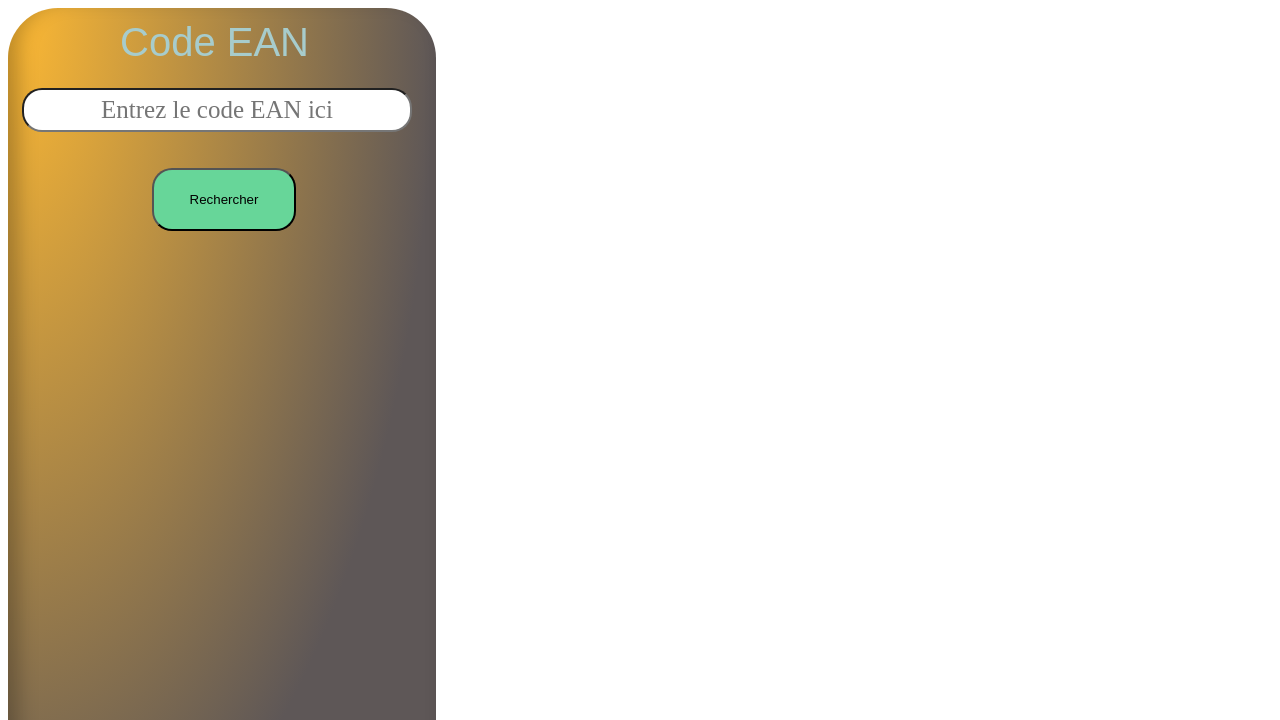
Repository: Zouz01/exo-toucan
Page: index.html
These files come from the project's save history. The page is drawn as it stood at one moment and after the next save; the edit follows.
The browser window is 1280 px wide. The pictures show the whole page.

Above is the page before, as saved 2023-09-21 12:24:05.

After the next save:
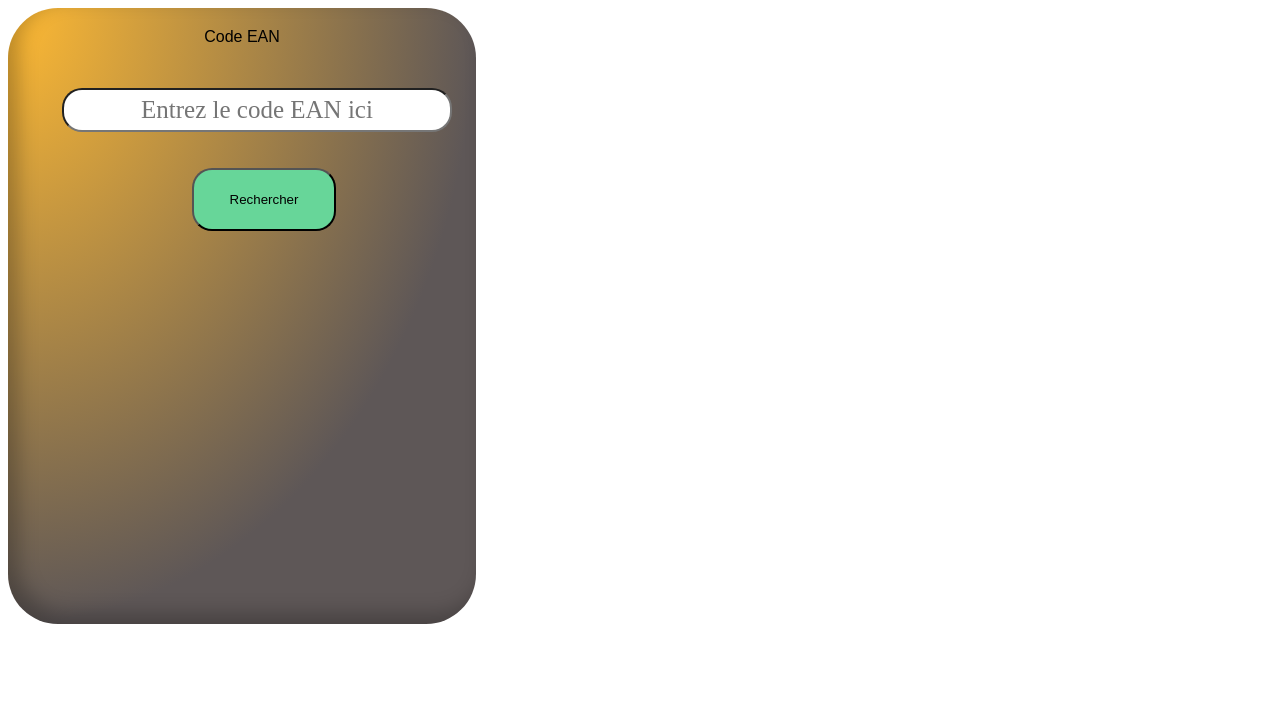
Saved 41 s later.
--- a/main.css
+++ b/main.css
@@ -16,7 +16,10 @@ body {
     opacity: 1.8;
     box-shadow: inset 10px -10px 20px rgba(0, 0, 0, 0.25);
     border-radius: 50px;
-
+    overflow: auto; /* Ajout du débordement automatique si le contenu dépasse la hauteur du conteneur */
+    max-height: 80%; /* Définition d'une hauteur maximale pour le contenu */
+    padding: 20px; /* Ajout d'un espace interne pour le contenu */
+}
 }
 
 /* position ecriture label*/
